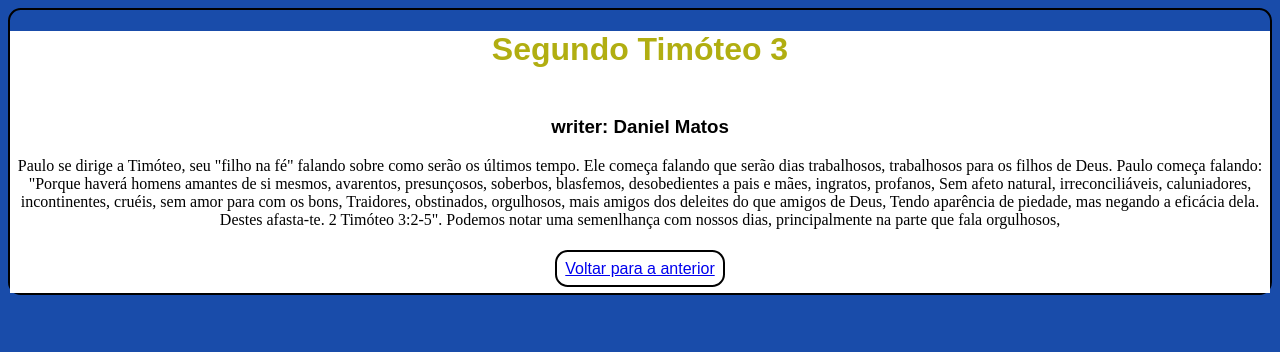
Repository: batmit/FutureFundation.github.io-1
Page: menu/articles/cristianism/importantchapters/2timóteo3.html
The author's editor kept a copy of each file at every save. The page is drawn from the files as they stood at one save, then again after the next save.
The browser window is 1280 px wide. The pictures show the whole page.

Above is the page before, as saved 2021-07-12 15:30:18.

After the next save:
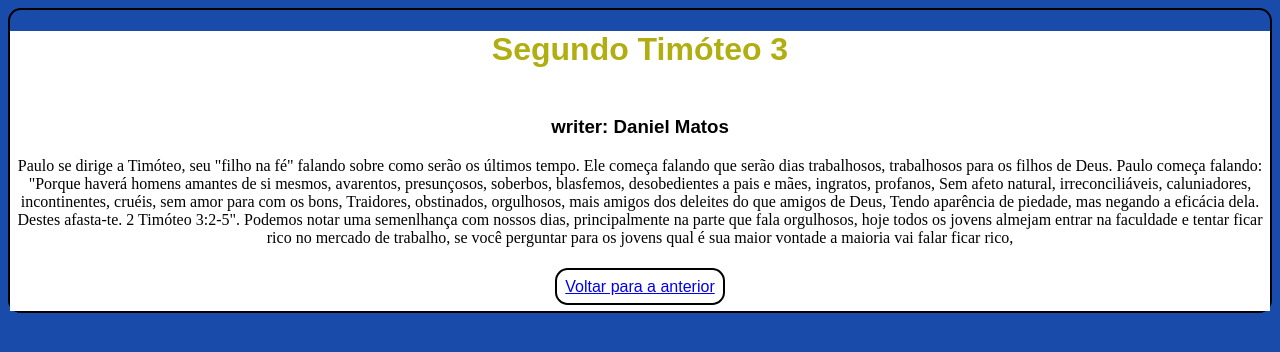
Saved 41 s later.
--- a/menu/articles/cristianism/importantchapters/2timóteo3.html
+++ b/menu/articles/cristianism/importantchapters/2timóteo3.html
@@ -18,7 +18,7 @@
             Sem afeto natural, irreconciliáveis, caluniadores, incontinentes, cruéis, sem amor para com os bons,
             Traidores, obstinados, orgulhosos, mais amigos dos deleites do que amigos de Deus,
             Tendo aparência de piedade, mas negando a eficácia dela. Destes afasta-te.
-            2 Timóteo 3:2-5". Podemos notar uma semenlhança com nossos dias, principalmente na parte que fala orgulhosos, </p>
+            2 Timóteo 3:2-5". Podemos notar uma semenlhança com nossos dias, principalmente na parte que fala orgulhosos, hoje todos os jovens almejam entrar na faculdade e tentar ficar rico no mercado de trabalho, se você perguntar para os jovens qual é sua maior vontade a maioria vai falar ficar rico, </p>
 
         <a href="/menu/articles/cristianism/chaptersimportant.html">Voltar para a anterior</a>
     </div>
